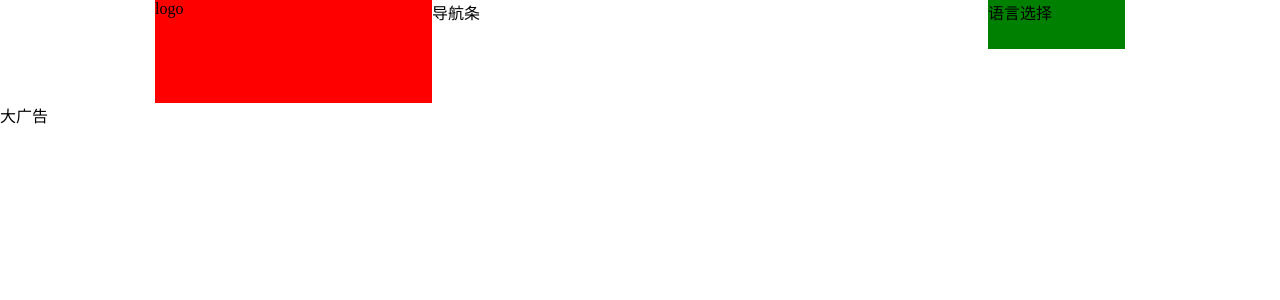
Repository: Germtao/Web
Page: web_css/css_浮动.html
The author's editor kept a copy of each file at every save. The page is drawn from the files as they stood at one save, then again after the next save.
The browser window is 1280 px wide. The pictures show the whole page.

Above is the page before, as saved 2020-10-30 10:29:44.

After the next save:
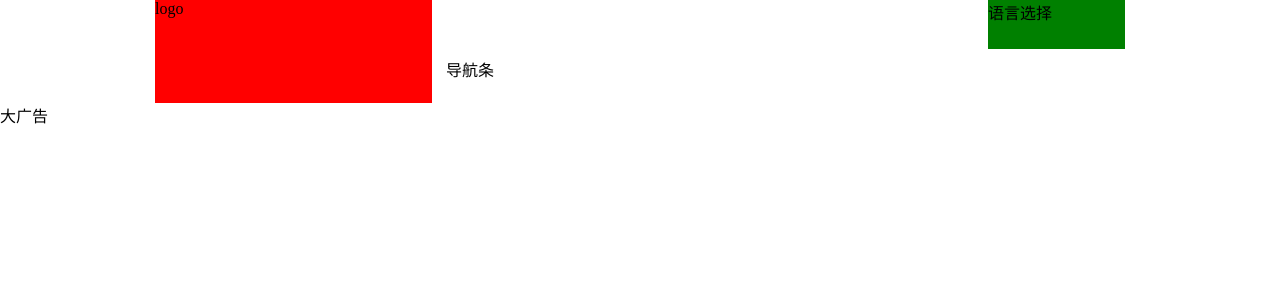
Saved 35 s later.
--- a/web_css/css_浮动.html
+++ b/web_css/css_浮动.html
@@ -158,6 +158,11 @@
       height: 49px;
       background-color: green;
       margin-bottom: 8px;
+    }
+
+    .header .nav {
+      float: right;
+      width: 679px;
     }
   </style>
 
